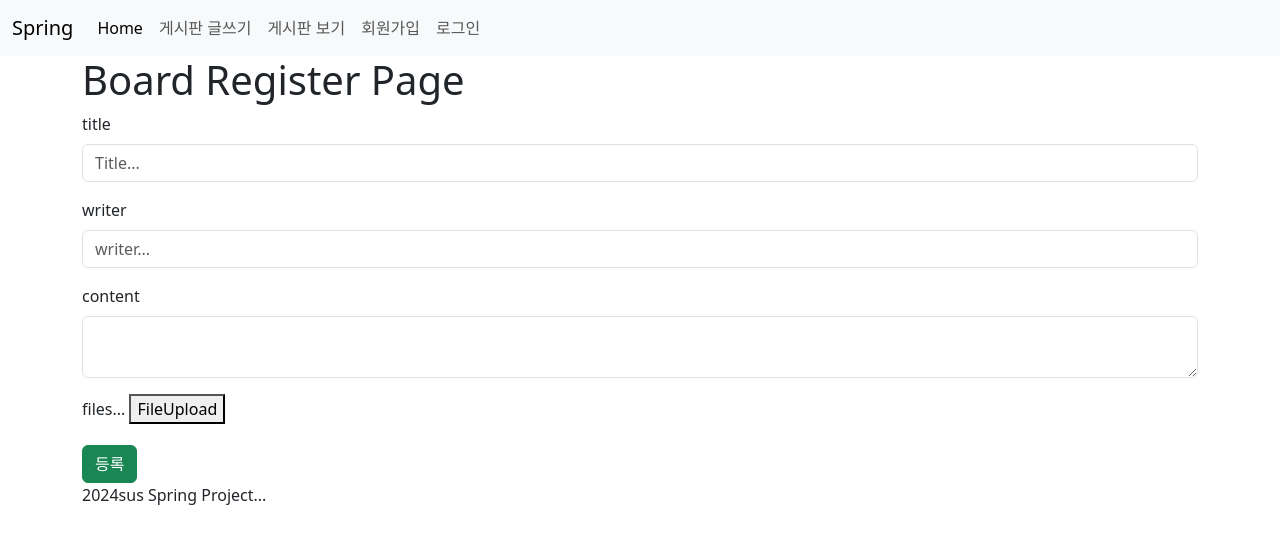
Repository: Ceciliaseon/springTest20240430
Page: http://localhost/spring_study/WEB-INF/views/board/register.jsp
The author's editor kept a copy of each file at every save. The page is drawn from the files as they stood at one save, then again after the next save.
The browser window is 1280 px wide. The pictures show the whole page.
The page is served by Tomcat 9. Nobody is signed in. The template is opened directly, without the code that normally fills it, so the values that code supplies are empty.

Above is the page before, as saved 2024-04-29 01:35:43.

### spring_study/src/main/webapp/WEB-INF/views/board/register.jsp
<%@ page language="java" contentType="text/html; charset=UTF-8"
    pageEncoding="UTF-8"%>
    <%@ taglib uri="http://java.sun.com/jsp/jstl/core" prefix="c"%>

<jsp:include page="../layout/header.jsp" />
<div class="container-md">
	<h1>Board Register Page</h1>
	<form action="/board/insert" method="post" enctype="multipart/form=data">
		<div class="mb-3">
		  <label for="t" class="form-label">title</label>
		  <input type="text" class="form-control" name="title" id="t" placeholder="Title...">
		</div>
		<div class="mb-3">
		  <label for="w" class="form-label">writer</label>
		  <input type="text" class="form-control" name="writer" value="${ses.id }" id="w" placeholder="writer...">
		</div>
		<div class="mb-3">
		  <label for="c" class="form-label">content</label>
		  <textarea class="form-control" id="c" name="content" aria-label="With textarea"></textarea>
		</div>

		<!-- file 입력라인 추가 -->
		<div class="mb-3">
		  <label for="file" class="form-label">files...</label>
		  <input type="file" class="form-control" name="files" id="file" multiple="multiple" style="display: none">
		  <button type="button" class="">FileUpload</button>
		</div>
		<button type="submit" class="btn btn-success">등록</button>
	</form>
</div>
<jsp:include page="../layout/footer.jsp" />

### spring_study/src/main/webapp/WEB-INF/views/layout/header.jsp
<%@ page language="java" contentType="text/html; charset=UTF-8"
    pageEncoding="UTF-8"%>
    <%@ taglib uri="http://java.sun.com/jsp/jstl/core" prefix="c"%>
<!DOCTYPE html>
<html>
<head>
<meta charset="UTF-8">
<title>header.jsp</title>
<link href="https://cdn.jsdelivr.net/npm/bootstrap@5.3.3/dist/css/bootstrap.min.css" rel="stylesheet" integrity="sha384-QWTKZyjpPEjISv5WaRU9OFeRpok6YctnYmDr5pNlyT2bRjXh0JMhjY6hW+ALEwIH" crossorigin="anonymous">
<script src="https://cdn.jsdelivr.net/npm/bootstrap@5.3.3/dist/js/bootstrap.bundle.min.js" integrity="sha384-YvpcrYf0tY3lHB60NNkmXc5s9fDVZLESaAA55NDzOxhy9GkcIdslK1eN7N6jIeHz" crossorigin="anonymous"></script>
</head>
<body>

<nav class="navbar navbar-expand-lg bg-body-tertiary">
  <div class="container-fluid">
    <a class="navbar-brand" href="#">Spring</a>
    <button class="navbar-toggler" type="button" data-bs-toggle="collapse" data-bs-target="#navbarSupportedContent" aria-controls="navbarSupportedContent" aria-expanded="false" aria-label="Toggle navigation">
      <span class="navbar-toggler-icon"></span>
    </button>
    <div class="collapse navbar-collapse" id="navbarSupportedContent">
      <ul class="navbar-nav me-auto mb-2 mb-lg-0">
        <li class="nav-item">
          <a class="nav-link active" aria-current="page" href="/">Home</a>
        </li>
        <li class="nav-item">
          <a class="nav-link" href="/board/register">게시판 글쓰기</a>
        </li>
        <li class="nav-item">
          <a class="nav-link" href="/board/list">게시판 보기</a>
        </li>
        <li class="nav-item">
          <a class="nav-link" href="/member/register">회원가입</a>
        </li>
        <c:if test="${ses.id eq null }">
	        <li class="nav-item">
	          <a class="nav-link" href="/member/login">로그인</a>
	        </li>
        </c:if>
        <c:if test="${ses.id ne null }">
	        <li class="nav-item">
	          <a class="nav-link" href="/member/logout">로그아웃</a>
	        </li>
	        <li class="nav-item">
	          <a class="nav-link" href="/member/modify">${ses.id } (${ses.email }) 정보수정</a>
	        </li>
        </c:if>
      </ul>
    </div>
  </div>
</nav>

### spring_study/src/main/webapp/WEB-INF/views/layout/footer.jsp
<%@ page language="java" contentType="text/html; charset=UTF-8"
    pageEncoding="UTF-8"%>

<div class="container-md">
	2024sus Spring Project...
</div>

</body>
</html>

After the next save:
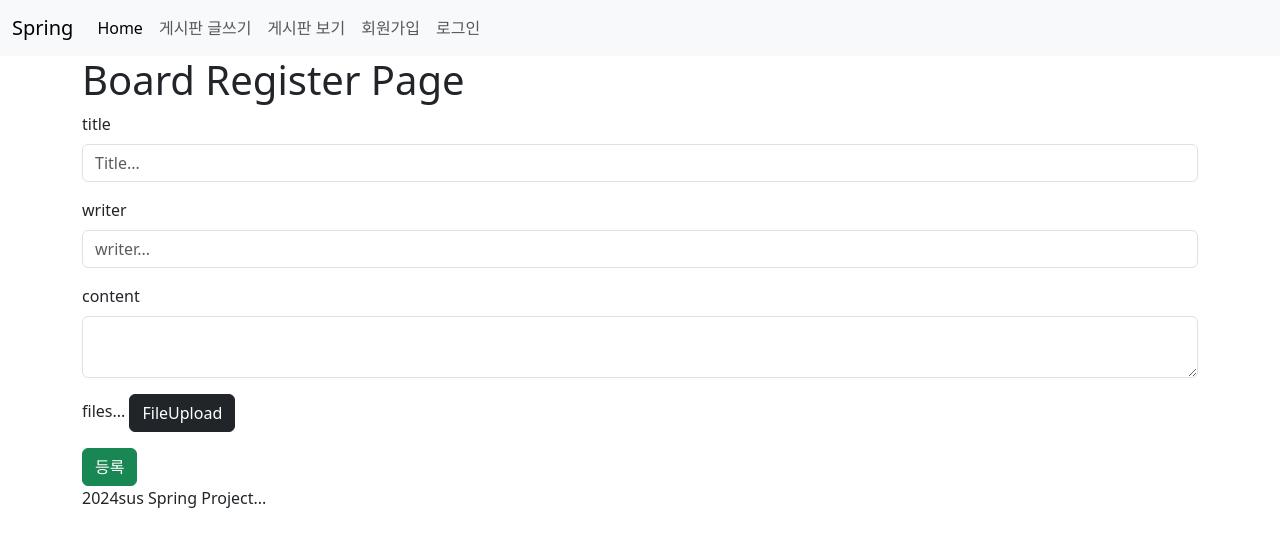
Saved 36 s later.
--- a/spring_study/src/main/webapp/WEB-INF/views/board/register.jsp
+++ b/spring_study/src/main/webapp/WEB-INF/views/board/register.jsp
@@ -23,7 +23,7 @@
 		<div class="mb-3">
 		  <label for="file" class="form-label">files...</label>
 		  <input type="file" class="form-control" name="files" id="file" multiple="multiple" style="display: none">
-		  <button type="button" class="">FileUpload</button>
+		  <button type="button" class="btn btn-dark">FileUpload</button>
 		</div>
 		<button type="submit" class="btn btn-success">등록</button>
 	</form>
